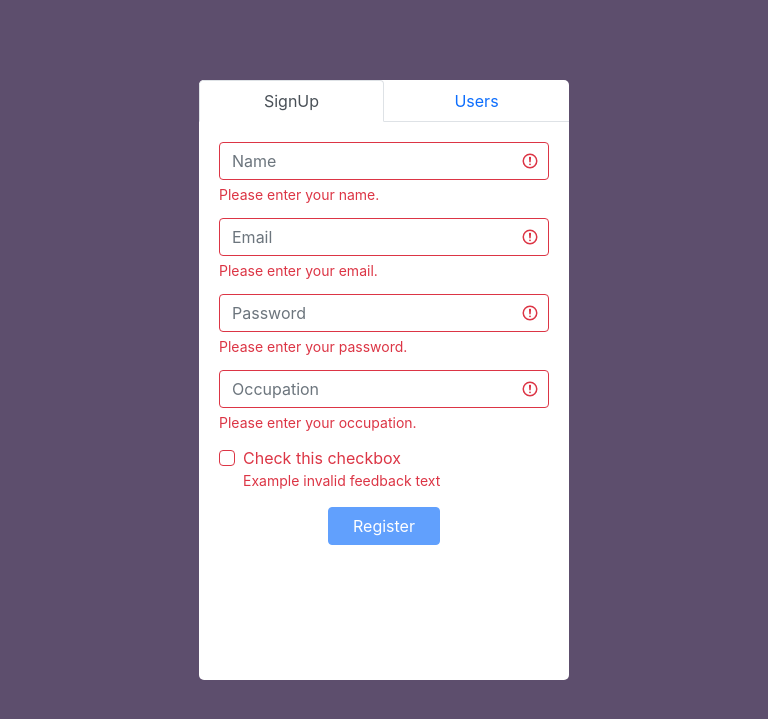
Repository: asadalibest1/SignUp-from
Page: /
An editor plug-in stored every save of this project. The page is shown before and after the next save, followed by the edit.
The browser window is 768 px wide. The pictures show the whole page.
The project was rebuilt for these pictures with package versions that can differ from the ones it lists, and the page was loaded fresh each time.

Above is the page before, as saved 2021-02-07 22:03:49.

### public/index.html
<!DOCTYPE html>
<html lang="en">
  <head>
    <meta charset="utf-8" />
    <link rel="icon" href="%PUBLIC_URL%/favicon.png" />
    <meta name="viewport" content="width=device-width, initial-scale=1" />
    <meta name="theme-color" content="#000000" />
    <meta
      name="description"
      content="Web site created using create-react-app"
    />
    <link rel="apple-touch-icon" href="%PUBLIC_URL%/logo192.png" />
    <!--
      manifest.json provides metadata used when your web app is installed on a
      user's mobile device or desktop. See https://developers.google.com/web/fundamentals/web-app-manifest/
    -->
    <link rel="manifest" href="%PUBLIC_URL%/manifest.json" />
    <!--
      Notice the use of %PUBLIC_URL% in the tags above.
      It will be replaced with the URL of the `public` folder during the build.
      Only files inside the `public` folder can be referenced from the HTML.

      Unlike "/favicon.ico" or "favicon.ico", "%PUBLIC_URL%/favicon.ico" will
      work correctly both with client-side routing and a non-root public URL.
      Learn how to configure a non-root public URL by running `npm run build`.
    -->
    <!-- Bootstrap -->
    <link href="https://cdn.jsdelivr.net/npm/bootstrap@5.0.0-beta1/dist/css/bootstrap.min.css" rel="stylesheet" integrity="sha384-giJF6kkoqNQ00vy+HMDP7azOuL0xtbfIcaT9wjKHr8RbDVddVHyTfAAsrekwKmP1" crossorigin="anonymous">
    <title>Sign Up</title>
  </head>
  <body>
    <noscript>You need to enable JavaScript to run this app.</noscript>
    <div id="root"></div>
    <!--
      This HTML file is a template.
      If you open it directly in the browser, you will see an empty page.

      You can add webfonts, meta tags, or analytics to this file.
      The build step will place the bundled scripts into the <body> tag.

      To begin the development, run `npm start` or `yarn start`.
      To create a production bundle, use `npm run build` or `yarn build`.
    -->
    <script src="https://cdn.jsdelivr.net/npm/bootstrap@5.0.0-beta1/dist/js/bootstrap.bundle.min.js" integrity="sha384-ygbV9kiqUc6oa4msXn9868pTtWMgiQaeYH7/t7LECLbyPA2x65Kgf80OJFdroafW" crossorigin="anonymous"></script>
  </body>
</html>

### src/index.css
body {
  margin: 0;
  font-family: -apple-system, BlinkMacSystemFont, 'Segoe UI', 'Roboto', 'Oxygen',
    'Ubuntu', 'Cantarell', 'Fira Sans', 'Droid Sans', 'Helvetica Neue',
    sans-serif;
  -webkit-font-smoothing: antialiased;
  -moz-osx-font-smoothing: grayscale;
  background-color: #5D4E6D;
}

code {
  font-family: source-code-pro, Menlo, Monaco, Consolas, 'Courier New',
    monospace;
}

### src/App.js
import React from 'react'
import App1 from "./components/App1/App1"

export default function App() {
  return (
    <div>
      <App1 />
    </div>
  )
}

### src/components/App1/App1.js
import React from 'react'
import Tabs from '../Tabs/Tabs'

export default function App1() {
    return (
        <div>
            <Tabs />
        </div>
    )
}

### src/features/counter/counterSlice.js
import { createSlice } from '@reduxjs/toolkit';

export const counterSlice = createSlice({
  name: 'counter',
  initialState: {
    value: 0,
  },
  reducers: {
    increment: state => {
      // Redux Toolkit allows us to write "mutating" logic in reducers. It
      // doesn't actually mutate the state because it uses the Immer library,
      // which detects changes to a "draft state" and produces a brand new
      // immutable state based off those changes
      state.value += 1;
    },
    decrement: state => {
      state.value -= 1;
    },
    incrementByAmount: (state, action) => {
      state.value += action.payload;
    },
  },
});

export const { increment, decrement, incrementByAmount } = counterSlice.actions;

// The function below is called a thunk and allows us to perform async logic. It
// can be dispatched like a regular action: `dispatch(incrementAsync(10))`. This
// will call the thunk with the `dispatch` function as the first argument. Async
// code can then be executed and other actions can be dispatched
export const incrementAsync = amount => dispatch => {
  setTimeout(() => {
    dispatch(incrementByAmount(amount));
  }, 1000);
};

// The function below is called a selector and allows us to select a value from
// the state. Selectors can also be defined inline where they're used instead of
// in the slice file. For example: `useSelector((state) => state.counter.value)`
export const selectCount = state => state.counter.value;

export default counterSlice.reducer;

### src/components/Tabs/Tabs.js
import React from 'react'
import SignUp from "../SignUp/SignUp"
import Users from "../Users/Users"
import "./Tabs.css"

export default function Tabs() {
    return (
        <div className="tabs-main">
            <div className="tabs">

                <ul className="nav nav-tabs" id="myTab" role="tablist">
                    <li className="nav-item text-center w-50" role="presentation">
                        <a className="nav-link active" id="signUp-tab" data-bs-toggle="tab" href="#signUp" role="tab" aria-controls="signUp" aria-selected="true">SignUp</a>
                    </li>
                    <li className="nav-item text-center w-50" role="presentation">
                        <a className="nav-link" id="users-tab" data-bs-toggle="tab" href="#users" role="tab" aria-controls="users" aria-selected="false">Users</a>
                    </li>
                </ul>
                <div className="tab-content" id="myTabContent">
                    <div className="tab-pane fade show active" id="signUp" role="tabpanel" aria-labelledby="signUp-tab">
                        <SignUp />
                    </div>
                    <div className="tab-pane fade" id="users" role="tabpanel" aria-labelledby="users-tab">

                        <Users />
                    </div>
                </div>


            </div>
        </div>
    )
}

### src/components/SignUp/SignUp.js
import React from 'react'
import "./SignUp.css"

export default function SignUp() {
    return (
        <div className="SignUp">

<form className="was-validated">

  <div className="mb-3">
    <input type="name" className="form-control" id="validationTextarea" placeholder="Name" required />
    <div className="invalid-feedback">
      Please enter your name.
    </div>
  </div>

  <div className="mb-3">
    <input type="email" className="form-control" id="validationTextarea" placeholder="Email" required />
    <div className="invalid-feedback">
      Please enter your email.
    </div>
  </div>

  <div className="mb-3">
    <input type="password" className="form-control" id="validationTextarea" placeholder="Password" required />
    <div className="invalid-feedback">
      Please enter your password.
    </div>
  </div>

  <div className="mb-3">
    <input type="occupation" className="form-control" id="validationTextarea" placeholder="Occupation" required />
    <div className="invalid-feedback">
      Please enter your occupation.
    </div>
  </div>


  <div className="radioButton form-check mb-3">
    <input type="checkbox" className="form-check-input" id="validationFormCheck1" required />
    <label className="form-check-label" for="validationFormCheck1">Check this checkbox</label>
    <div className="invalid-feedback">Example invalid feedback text</div>
  </div>


  <div className="mb-3 text-center">
    <button className="btn btn-primary px-4" type="submit" disabled >Register</button>
  </div>
</form>
        </div>
    )
}

### src/components/Users/Users.js
import React from 'react'
import "./Users.css"

export default function Users() {
    return (
        <div className="users">

<div  className="tabpanel" role="tabpanel">
    <div className="panel-coloumn mt-3">
  <div className="list-group" id="myList" role="tablist">

    <a className="list-group-item list-group-item-action active" data-bs-toggle="list" href="#home" role="tab">Home</a>

  </div>
  </div>

  <div className="tab-content">

    <div className="tab-pane active" id="home" role="tabpanel">
    <h3>Name</h3>
    <h4>email</h4>
    <h4>password</h4>
    <h4>occupation</h4>

    </div>

  </div>
</div>
        </div>
    )
}

### src/components/Tabs/Tabs.css
.tabs{
    width: 370px;
    height: 75vh;
    background-color: white;
    margin: auto auto;
    margin-top: 10vh;
    border-radius: 5px;
    overflow: hidden;
}

### src/components/SignUp/SignUp.css
.SignUp form{
    margin: 20px;
}

.SignUp form > div{
    /* border: 1px solid black; */
    height: 60px;
}

.SignUp form .radioButton{
    /* border: 1px solid black; */
    height: 45px;
}
.radioButton div{
    /* border: 1px solid black; */
    margin: 0;
}

@media (max-width: 800px) {
    .SignUp form{
        margin: 20px;
    }
}

### src/components/Users/Users.css
.users .tabpanel{
    display: flex;
    flex-direction: row;
    overflow: auto;
}

.users .tab-content{
    height: fit-content;
    margin-top: 20px;
    margin-left: 20px;
}

.panel-coloumn{
    border-right: 1px solid rgb(240, 223, 223);
    height: 500px;
    width: 120px;
}

Loaded but not shown: src/index.js (common file); src/app/store.js (common file); src/serviceWorker.js (common file)

After the next save:
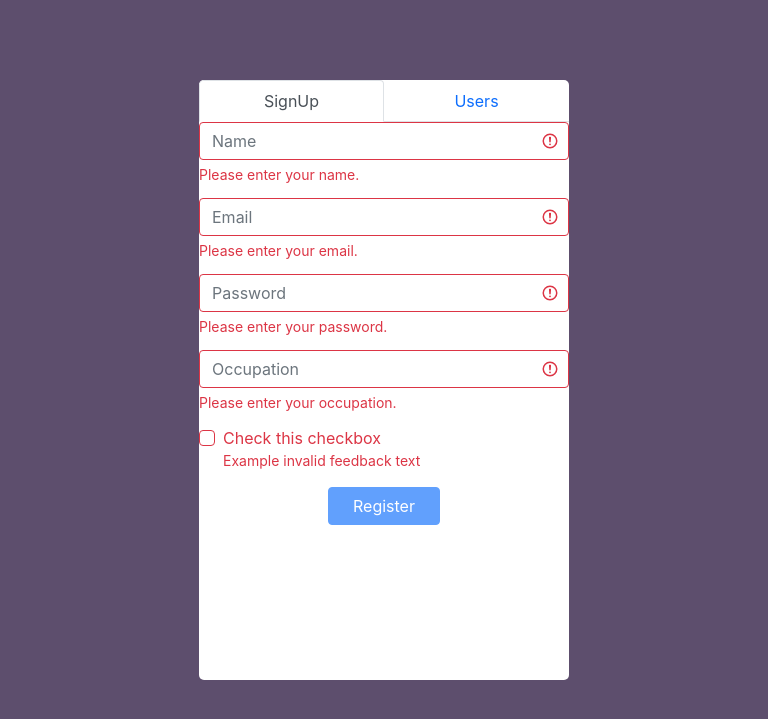
Saved 8 s later.
--- a/src/components/SignUp/SignUp.css
+++ b/src/components/SignUp/SignUp.css
@@ -18,6 +18,6 @@
 
 @media (max-width: 800px) {
     .SignUp form{
-        margin: 20px;
+        margin: 0;
     }
 }

After the save that followed:
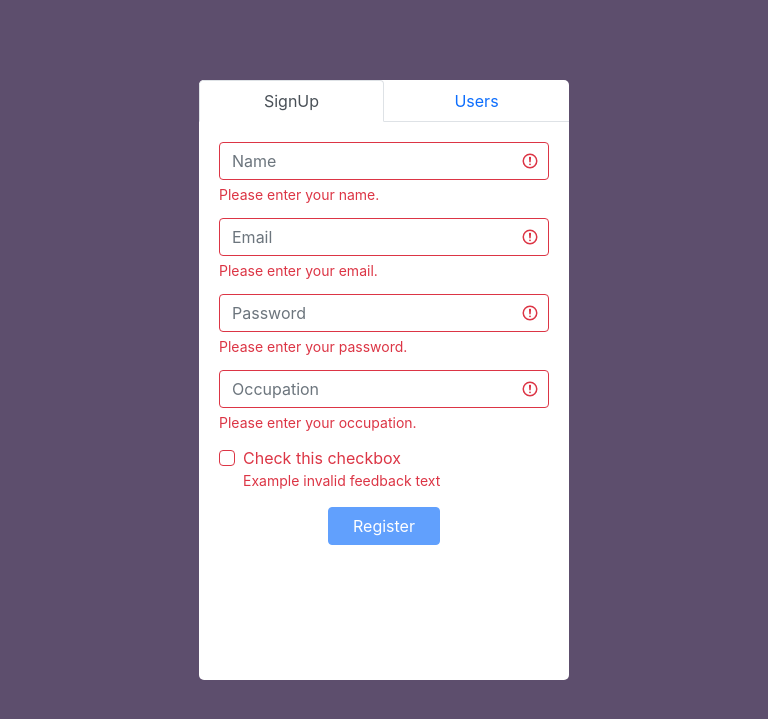
Saved 7 s later.
--- a/src/components/SignUp/SignUp.css
+++ b/src/components/SignUp/SignUp.css
@@ -18,6 +18,6 @@
 
 @media (max-width: 800px) {
     .SignUp form{
-        margin: 0;
+        margin: 20;
     }
 }
